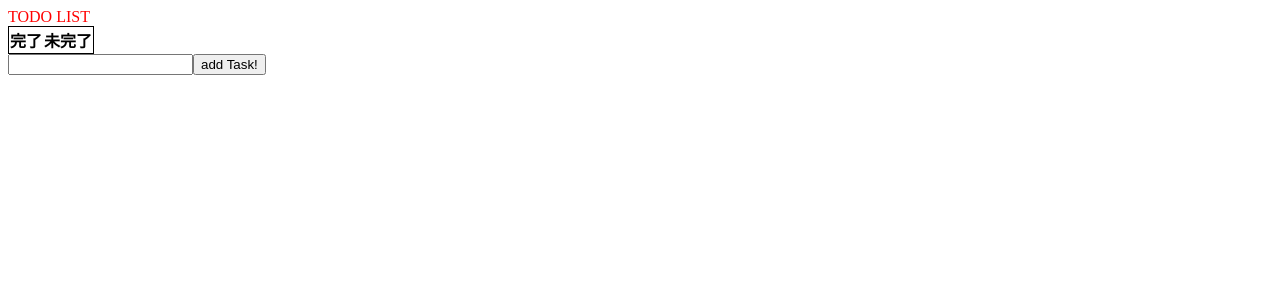
Repository: WistreHosshii/hacathon_todolList
Page: /
The author's editor kept a copy of each file at every save. The page is drawn from the files as they stood at one save, then again after the next save.
The browser window is 1280 px wide. The pictures show the whole page.
The project was rebuilt for these pictures with package versions that can differ from the ones it lists, and the page was loaded fresh each time.

Above is the page before, as saved 2019-06-09 16:09:23.

After the next save:
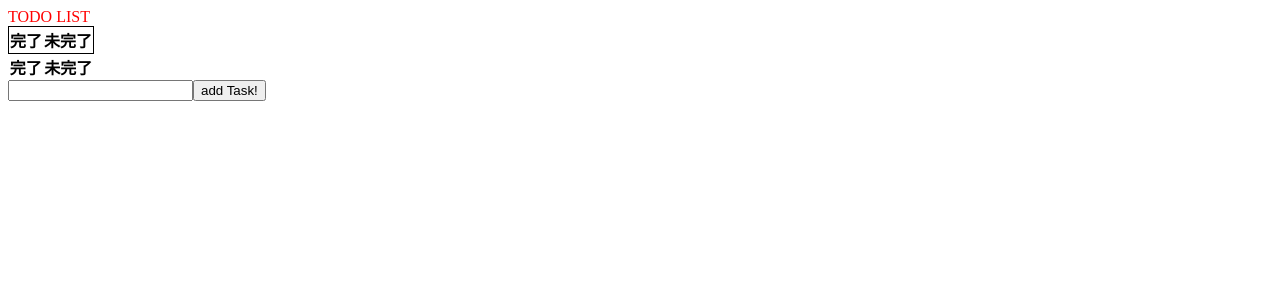
Saved 100 s later.
--- a/App.tsx
+++ b/App.tsx
@@ -28,6 +28,8 @@
                   <th>完了</th>
                   <th>未完了</th>
                 </tr>
+                <th>完了</th>
+                <th>未完了</th>
 
                 {this.state.todos.map((todo, i) => {
                   return (

After the save that followed:
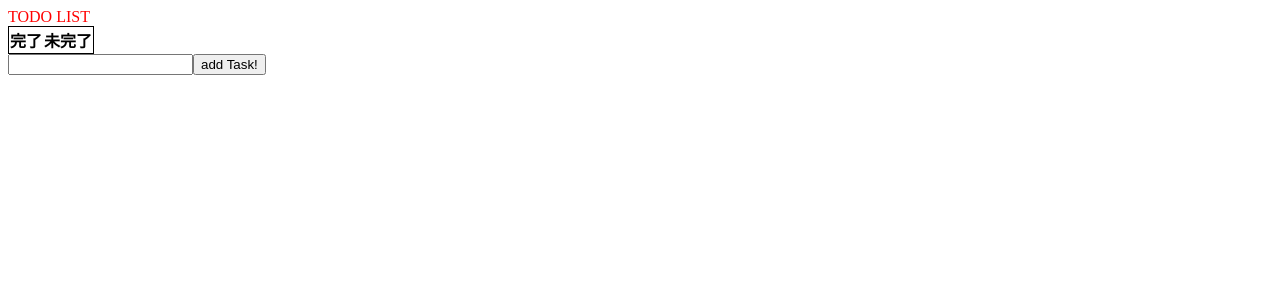
Saved 11 s later.
--- a/App.tsx
+++ b/App.tsx
@@ -28,8 +28,6 @@
                   <th>完了</th>
                   <th>未完了</th>
                 </tr>
-                <th>完了</th>
-                <th>未完了</th>
 
                 {this.state.todos.map((todo, i) => {
                   return (
